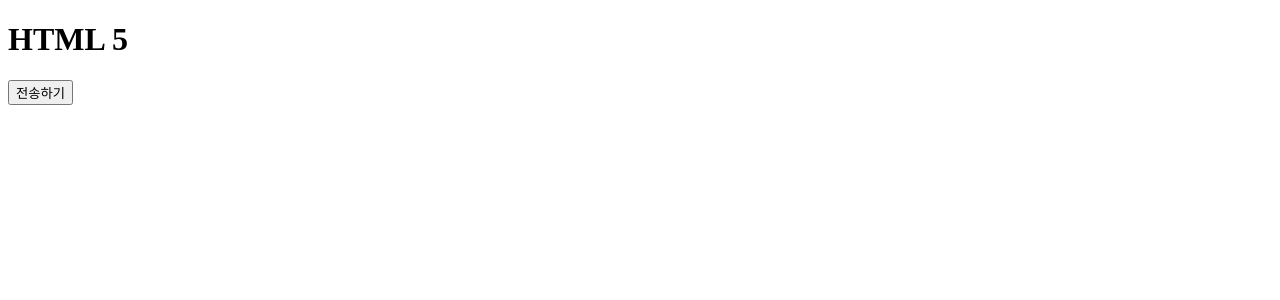
Repository: sujin9335/Front-end
Page: ClientTest/src/main/webapp/html/ex19.html
These files come from the project's save history. The page is drawn as it stood at one moment and after the next save; the edit follows.
The browser window is 1280 px wide. The pictures show the whole page.

Above is the page before, as saved 2023-09-21 08:05:04.

### ClientTest/src/main/webapp/html/ex19.html
<!DOCTYPE html>
<html>
<head>
<meta charset="UTF-8">
<title>Insert title here</title>
</head>
<body>
	<h1>HTML 5</h1>

	<form method="POST" action="ex18_server.jsp">

		<input type="submit" value="전송하기">


	</form>




</body>
</html>

After the next save:
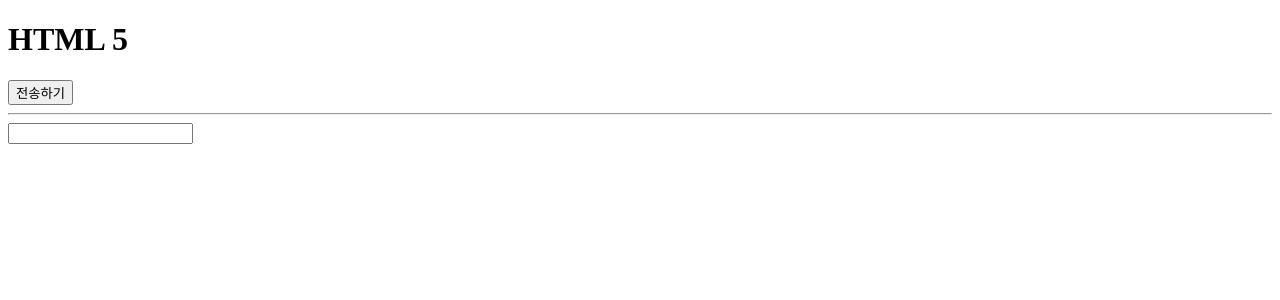
Saved 27 s later.
--- a/ClientTest/src/main/webapp/html/ex19.html
+++ b/ClientTest/src/main/webapp/html/ex19.html
@@ -10,6 +10,9 @@
 	<form method="POST" action="ex18_server.jsp">
 
 		<input type="submit" value="전송하기">
+		<hr>
+
+		<input type="text">
 
 
 	</form>
